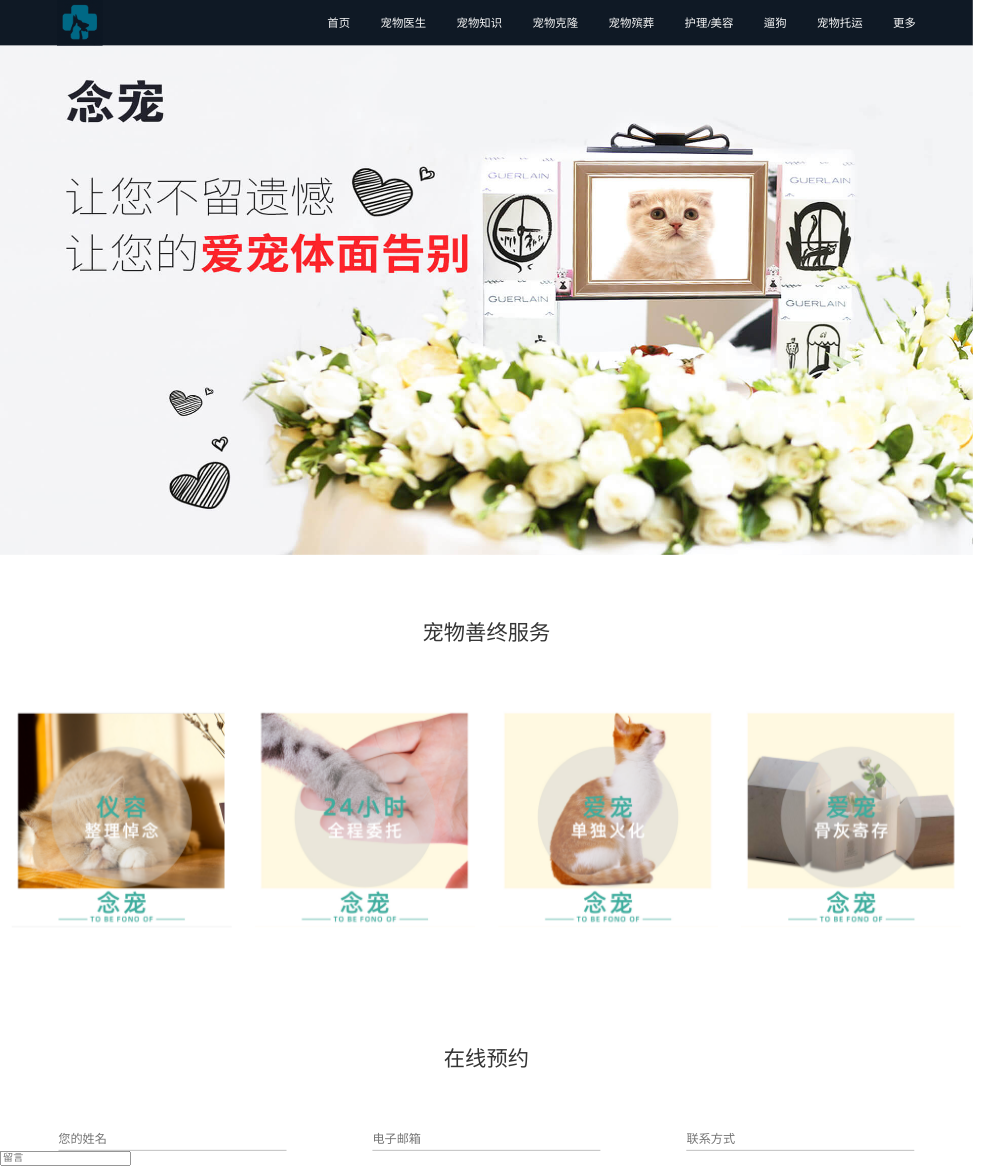
Repository: Sharang-heng/pet-hospital
Page: /petFuneral
These files come from the project's save history. The page is drawn as it stood at one moment and after the next save; the edit follows.
The browser window is 1280 px wide. The page is 1280 px wide, then 1320 px, so the pictures cover 1320 px, including what lies to the right of the window. The pictures show the whole page, at 76% of full size.
The project was rebuilt for these pictures with package versions that can differ from the ones it lists, and the page was loaded fresh each time. Also part of the build but not shown: vue.config.js, src/components/home_short.vue, src/views/HomePage.vue, src/components/footer.vue, src/views/counsel.vue, src/views/doctor.vue, src/views/knowledge.vue, src/views/clone.vue and 10 more. Imported but missing from the stored project, and not drawn on this page: src/assets/video/homepage.mp4.

Above is the page before, as saved 2021-01-13 13:57:14.

After the next save:
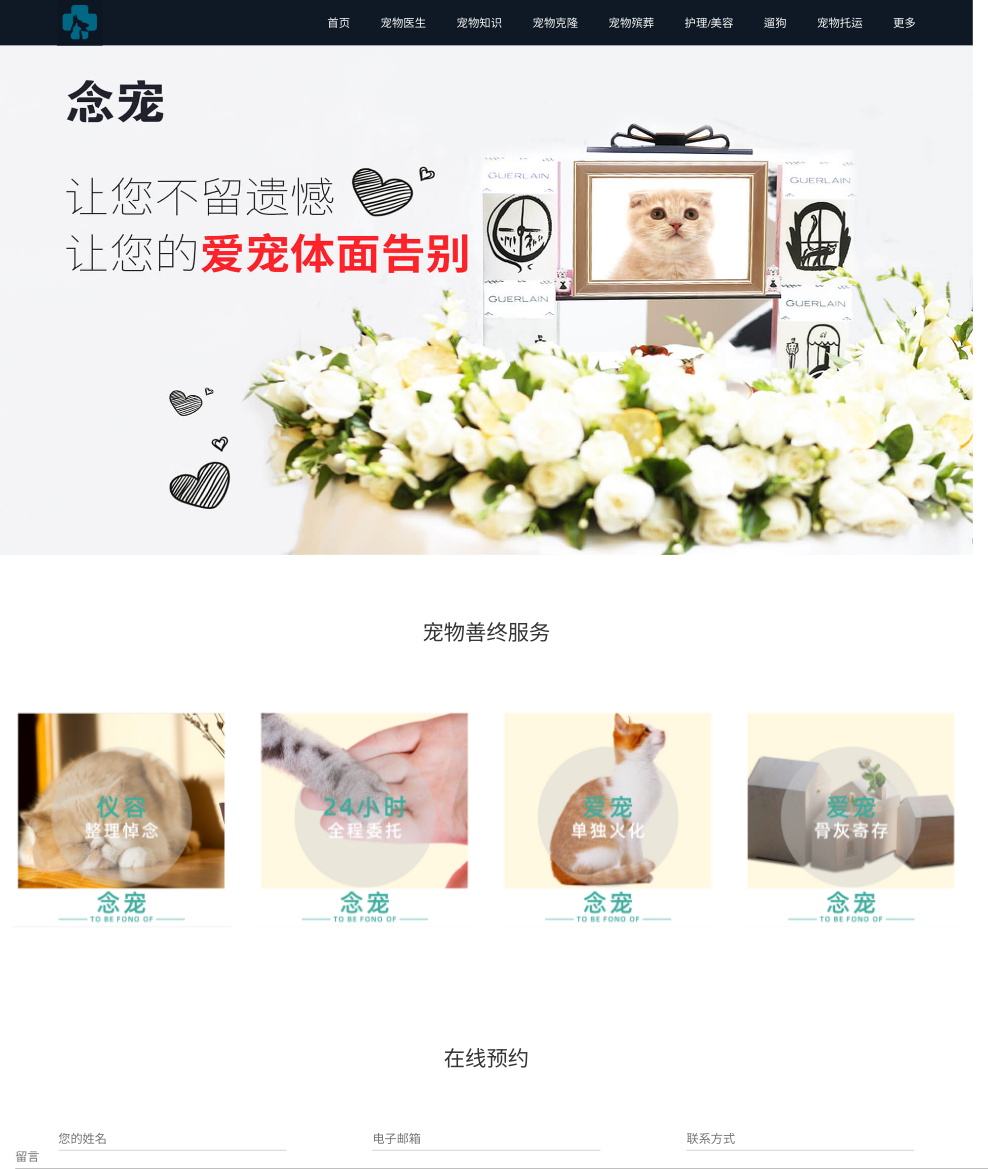
Saved 53 s later.
--- a/src/views/petFuneral.vue
+++ b/src/views/petFuneral.vue
@@ -48,7 +48,7 @@
           :rows="2"
           placeholder="留言"
           v-model="textarea"
-          change="input_area"
+          class="input_area"
         />
       </li>
     </div>
